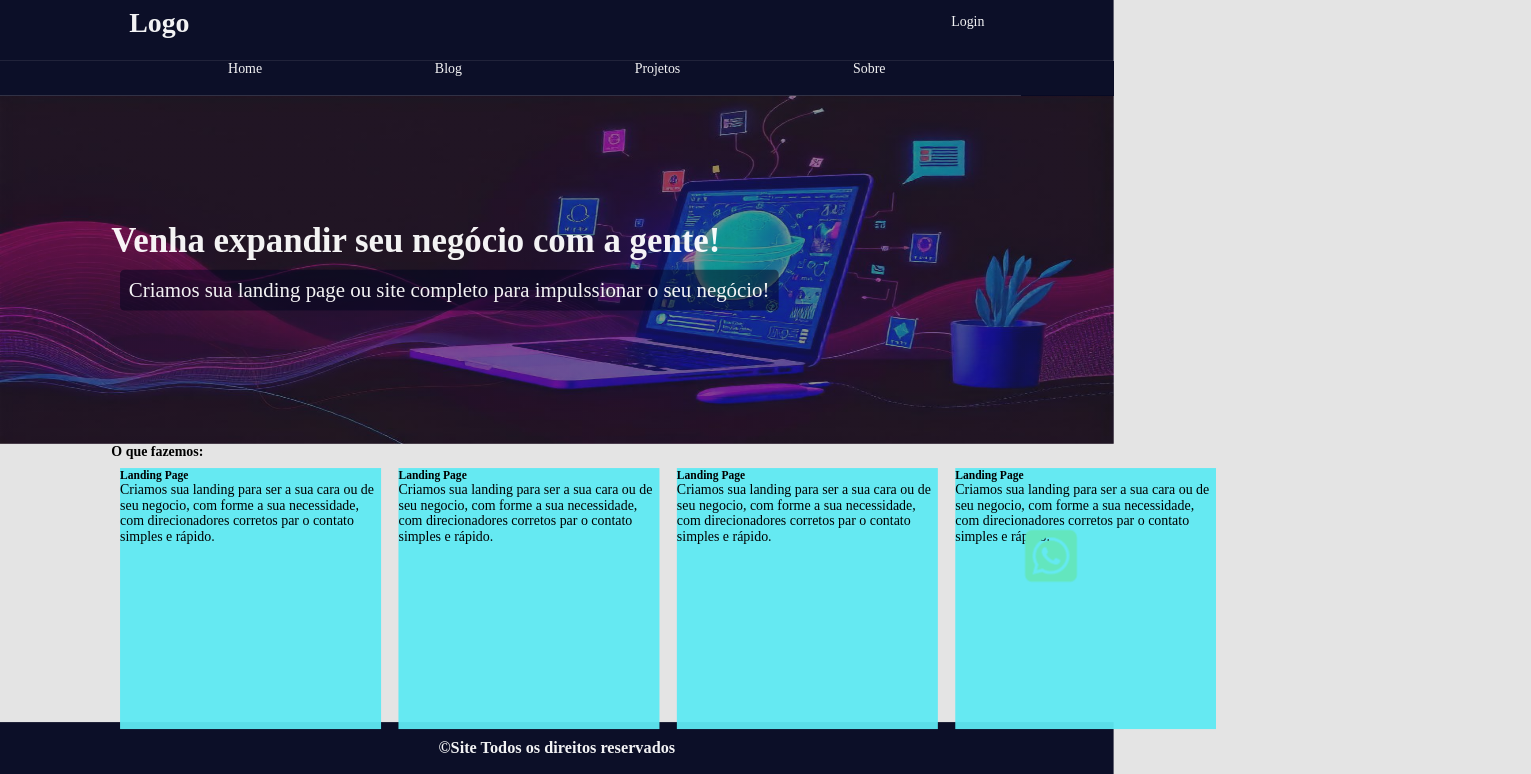
Repository: SauloMorais01/mysitefront-end
Page: index.html
These files come from the project's save history. The page is drawn as it stood at one moment and after the next save; the edit follows.
The browser window is 1280 px wide. The page is 1398 px wide, then 1760 px, then 1398 px, so the pictures cover 1760 px, including what lies to the right of the window. The pictures show the whole page, at 87% of full size.
Some web libraries are served in a nearby version.

Above is the page before, as saved 2024-11-02 19:55:51.

After the next save:
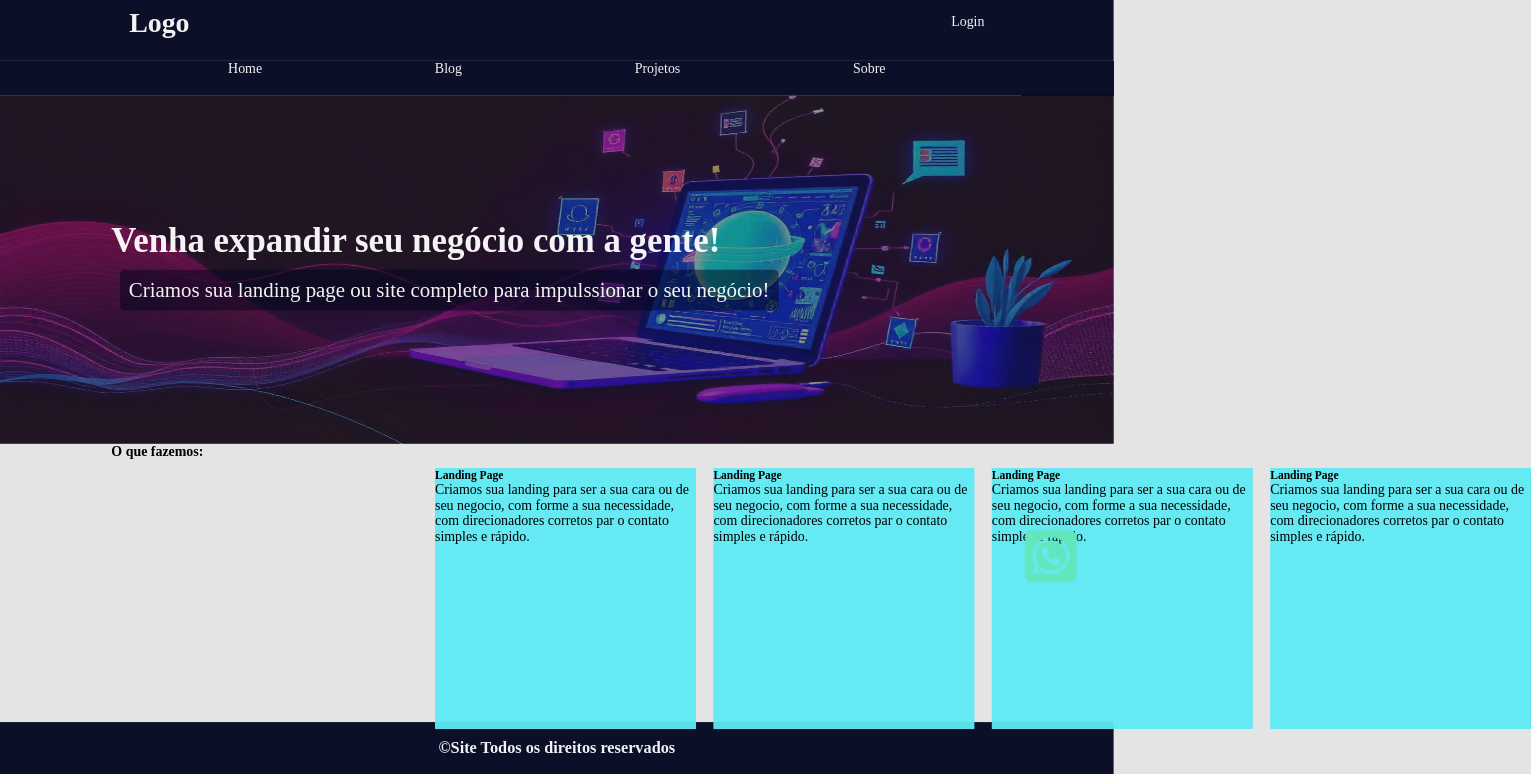
Saved 39 s later.
--- a/src/css/style.css
+++ b/src/css/style.css
@@ -198,7 +198,7 @@
     display: grid;
     grid-template-columns: repeat(4, 1fr);
     grid-template-rows: repeat(4, 1fr);
-    place-items: center;
+    place-self: center;
 }
 
 .primary-color{

After the 2 saves that followed:
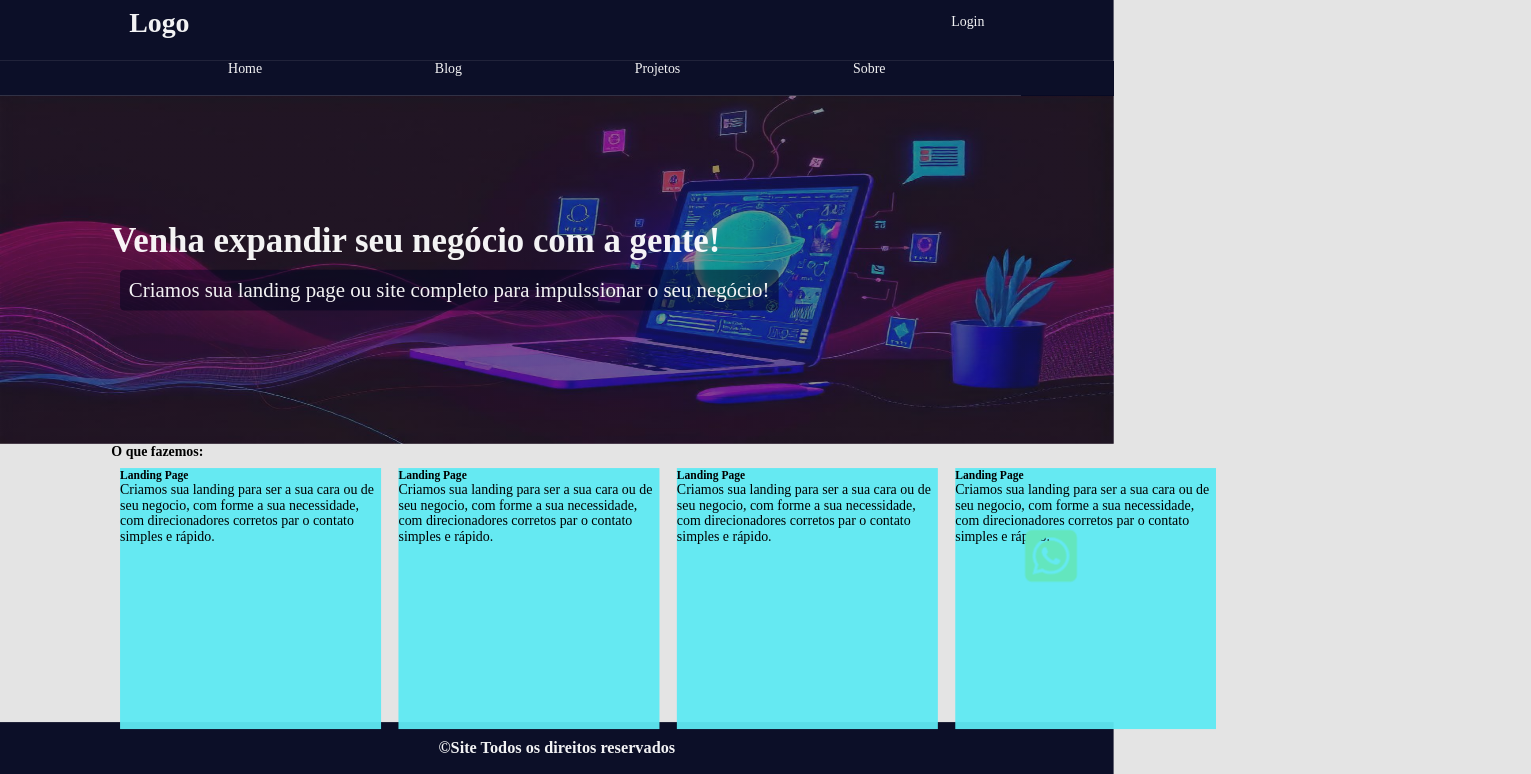
The 2 saves are shown as one change because 1 left the picture as it was.
The last was saved 80 s later.
--- a/src/css/style.css
+++ b/src/css/style.css
@@ -198,7 +198,7 @@
     display: grid;
     grid-template-columns: repeat(4, 1fr);
     grid-template-rows: repeat(4, 1fr);
-    place-self: center;
+    align-self: center;
 }
 
 .primary-color{
